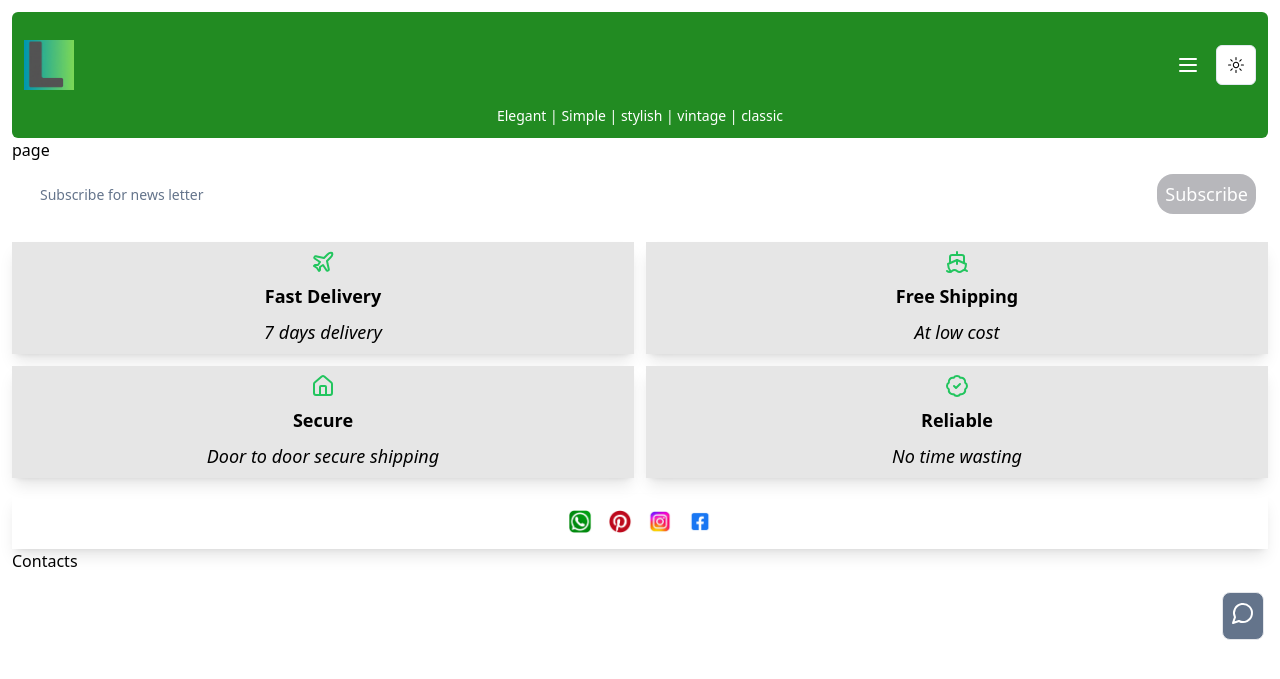
Repository: Semanmernstack/bisi-abejide
Page: /bb
The author's editor kept a copy of each file at every save. The page is drawn from the files as they stood at one save, then again after the next save.
The browser window is 1280 px wide. The pictures show the whole page.
The project was rebuilt for these pictures with package versions that can differ from the ones it lists, and the page was loaded fresh each time. The framework's server and built-in components were replaced by stand-ins that run in the browser. Also part of the build but not shown: next.config.mjs.

Above is the page before, as saved 2024-04-19 00:17:50.

After the next save:
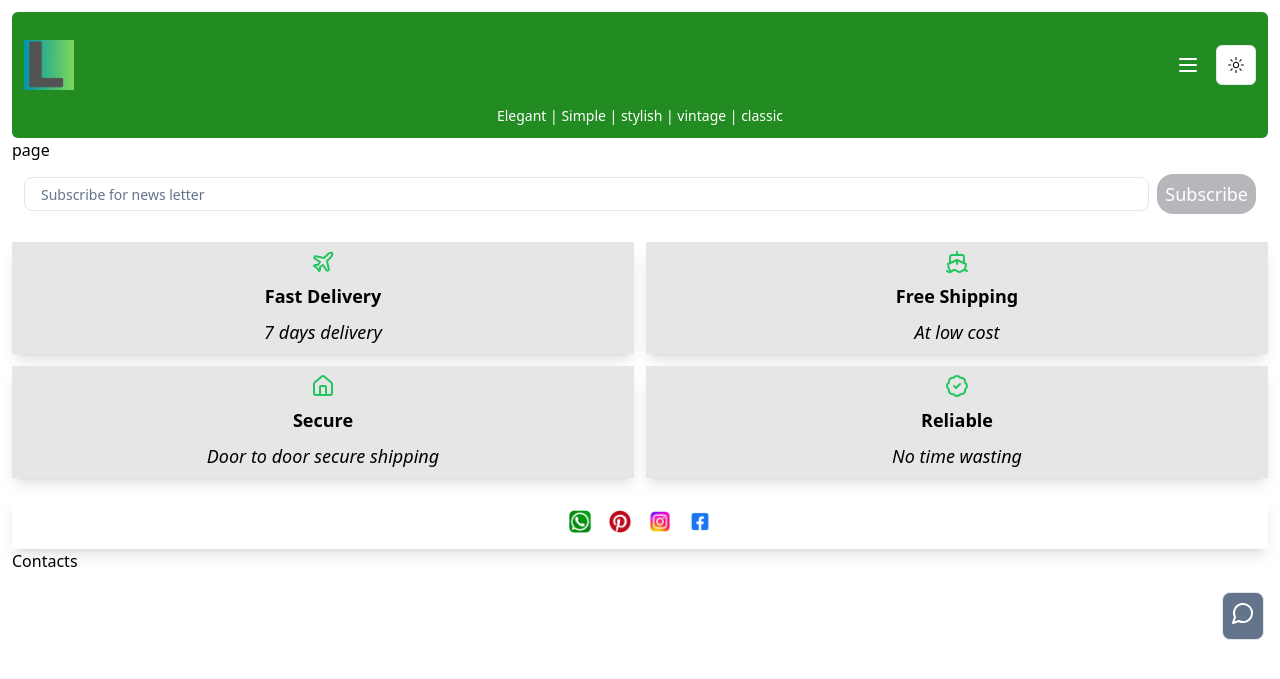
Saved 21 s later.
--- a/components/Mail.tsx
+++ b/components/Mail.tsx
@@ -46,7 +46,7 @@ function Mail() {
 
                     onChange={(e) => setInput(e.target.value)}
                     required
-                    className="outline-none flex-1 w-full text-white border-2 h-10 md:h-8   p-4 rounded-lg  border-none from-fuchsia-400 "
+                    className="outline-none flex-1 w-full text-white  border-2 h-10 md:h-8   p-4 rounded-lg  border from-fuchsia-400 "
 
                  />
                  <Button className="text-sm   text-center justify-center flex cursor-pointer  text-white bg-zinc-500 p-2  sm:text-lg transition ease-in-out delay-150 hover:-translate-y-1 hover:scale-95  duration-300  rounded-xl md:rounded-2xl " type='submit' disabled={!input}    >
